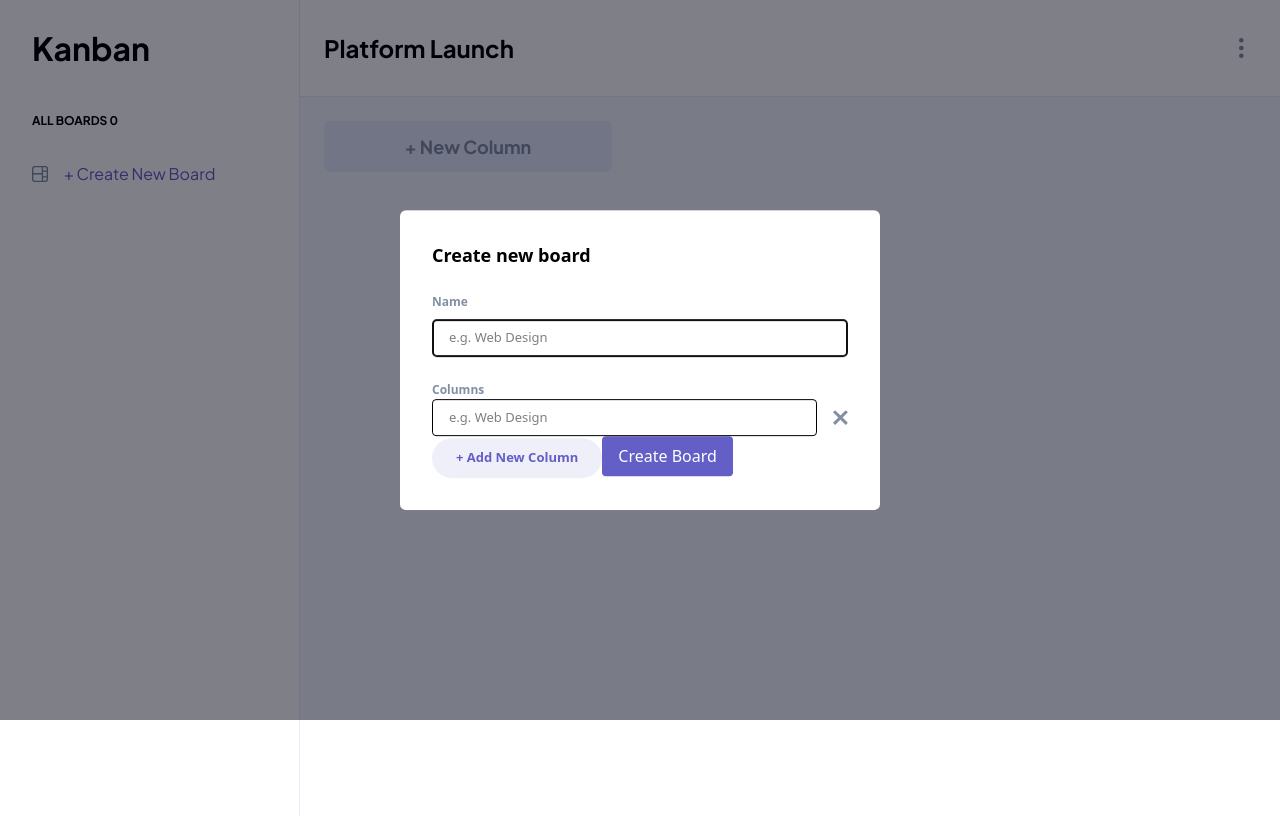
Repository: Baraajad231/Kanban-Board
Page: /, after clicking the first element matching `button.w-full`
The author's editor kept a copy of each file at every save. The page is drawn from the files as they stood at one save, then again after the next save.
The browser window is 1280 px wide. The pictures show the whole page.
The project was rebuilt for these pictures with package versions that can differ from the ones it lists, and the page was loaded fresh each time. Also part of the build but not shown: vite.config.js, src/components/Card.jsx, src/components/Column.jsx.

Above is the page before, as saved 2026-03-25 18:07:13.

After the next save:
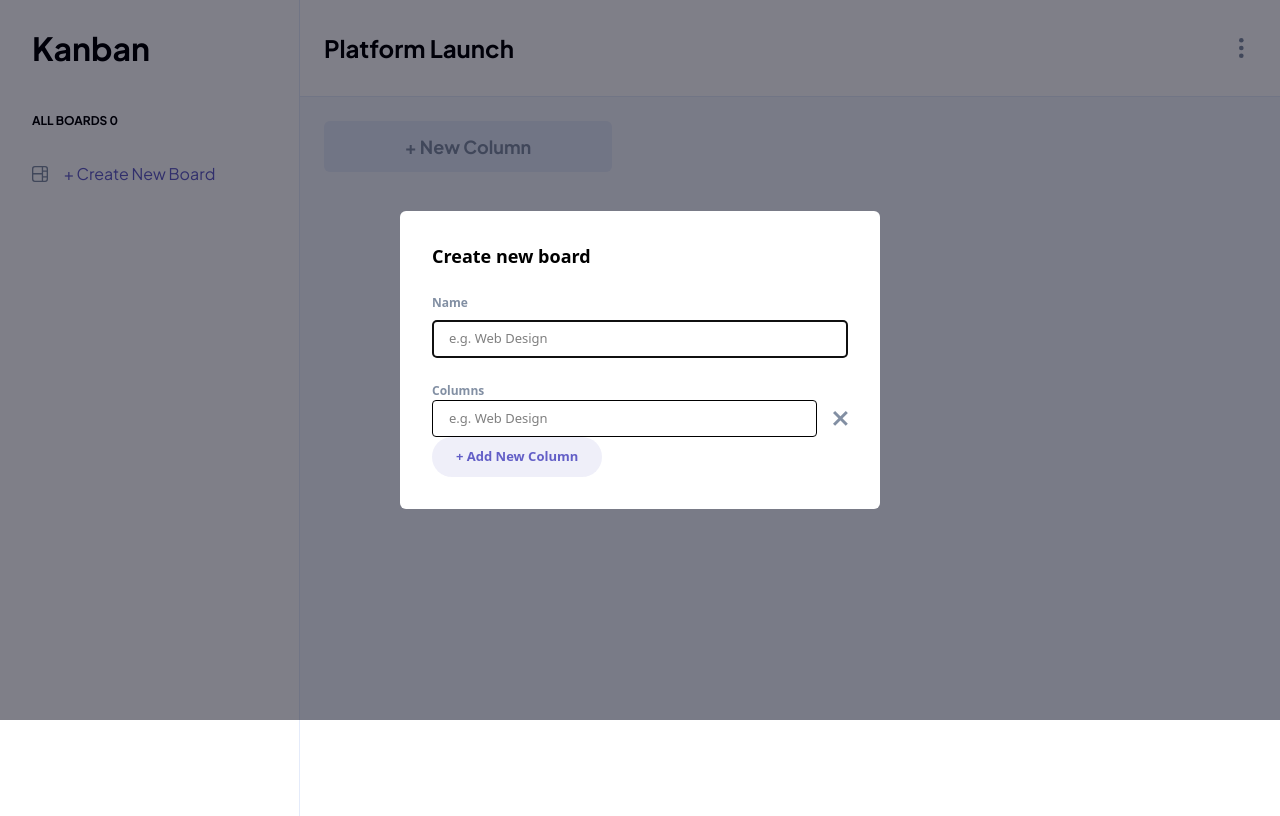
Saved 9 s later.
--- a/src/components/AddNewBoardForm.jsx
+++ b/src/components/AddNewBoardForm.jsx
@@ -20,9 +20,6 @@ const AddNewBoardForm = () => {
       <Button type="button" variant="secondary" size="sm" onClick={false}>
         + Add New Column
       </Button>
-      <button className="bg-main-purple rounded px-4 py-2 text-white">
-        Create Board
-      </button>
     </form>
   );
 };
